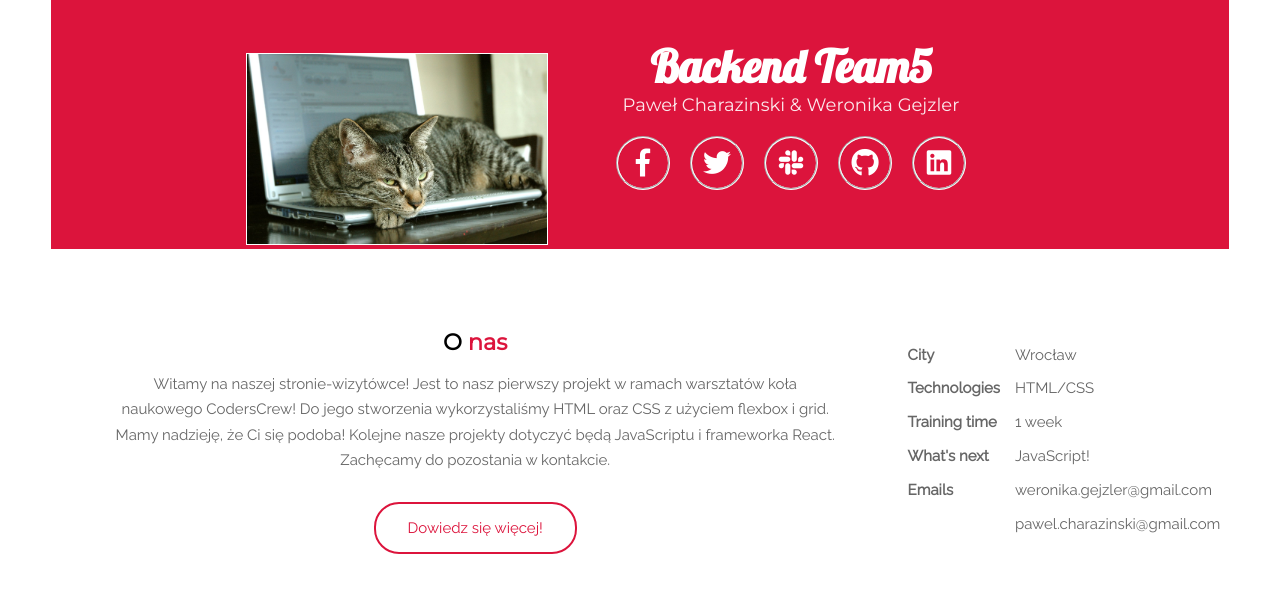
Repository: pietruszka/cc_proj1
Page: index.html
The author's editor kept a copy of each file at every save. The page is drawn from the files as they stood at one save, then again after the next save.
The browser window is 1280 px wide. The pictures show the whole page.
Some web libraries are served in a nearby version.

Above is the page before, as saved 2018-11-18 20:36:52.

### index.html
<!DOCTYPE html>
<html lang="en">

<head>
    <meta charset="UTF-8">
    <meta name="viewport" content="width=device-width, initial-scale=1.0">
    <link rel="stylesheet" href="./style.css" />
    <link href="https://fonts.googleapis.com/css?family=Lobster" rel="stylesheet">
    <link href="https://use.fontawesome.com/releases/v5.0.8/css/all.css" rel="stylesheet">
    <link href="https://fonts.googleapis.com/css?family=Montserrat" rel="stylesheet">
    <link href="https://fonts.googleapis.com/css?family=Raleway" rel="stylesheet">
    <title>BackendTeam5</title>
</head>

<body>


        <div id="top">
            <div id="photo"><img id="photo1" src="people.jpg" alt=""></div>
            <div id="heading">


               <h1 id="heading1">Backend Team5</h1>
               <h2 id="heading2">Paweł Charazinski &amp; Weronika Gejzler</h2>
               <div class="nav">

                <div class="nav-item">
                    <a href="#" class="fab fa-facebook-f"></a>
                </div>
                <div class="nav-item">
                    <a href="#" class="fab fa-twitter"></a>
                </div>

                <div class="nav-item">
                    <a href="#" class="fab fa-slack"></a>
                </div>
                <div class="nav-item">
                    <a href="#" class="fab fa-github"></a>
                </div>
                <div class="nav-item">
                    <a href="#" class="fab fa-linkedin"></a>
                </div>
            </div>


            </div>

        </div>

        <div id="bottom">
            <div id="about">
<h1 id="h_about">O <span style="color:crimson">nas</span></h1>
<p id="p_about">Witamy na naszej stronie-wizytówce! Jest to nasz pierwszy projekt w ramach warsztatów koła naukowego CodersCrew! Do jego stworzenia wykorzystaliśmy HTML oraz CSS z użyciem flexbox i grid. Mamy nadzieję, że Ci się podoba! Kolejne nasze projekty dotyczyć będą JavaScriptu i frameworka React. Zachęcamy do pozostania w kontakcie.</p>
<div id="button">Dowiedz się więcej!</div>


            </div>
            <div id="details">
<table>
    <tr>
        <td class="table"><b>City</b></td>
        <td class="table">Wrocław</td>
    </tr>
    <tr>
        <td class="table"><b>Technologies</b></td>
        <td class="table">HTML/CSS</td>
    </tr>
    <tr>
        <td class="table"><b>Training time</b></td>
        <td class="table">1 week</td>
    </tr>
    <tr>
        <td class="table"><b>What's next</b></td>
        <td class="table">JavaScript!</td>
    </tr>
    <tr>
        <td class="table"><b>Emails</b></td>
        <td class="table">weronika.gejzler@gmail.com
        </td>
    </tr>
    <tr><td class="table"></td><td class="table">pawel.charazinski@gmail.com
        </td></tr>

</table>
</div>
        </div>


</div>
</body>

</html>

### style.css
body{
    margin: 0 4vw 1vw 4vw;
    font-size: 15px;


}
#top{
   display: flex;
   flex-direction: row;
   flex-wrap: wrap;
   align-items: center;
   justify-content: center;

    background-color: crimson;
    color: white;



}
#photo{
align-self: flex-end;


}
#photo1{
width: auto;
height: auto;
   max-width: 300px;
   max-height: 200px;
   border: 1px solid white;

}

#heading{

  padding: 3vw;

}

#heading1 {

    font-size: 3em;
    font-weight: 700;
        font-family: 'Lobster', cursive;
    text-align: center;
    margin:0;
   }
   #heading2 {

    font-size: 1.2em;
    font-weight: 100;
    font-family:  Montserrat;
    text-align: center;
    margin: 0%;
    opacity: 0.9;
    }

    a {
        color: white;
        text-decoration: none;

    }
    .nav {
        display: flex;
        justify-content: center;
        margin: 20px;
        flex-wrap: wrap;

    }

    .nav-item {

        animation: show 0.5s ease-in-out forwards;

        transition: all 0.3s ease-in-out;
        border-radius: 100%;
        border: groove 2px white;

        width: 50px;
        height: 50px;
        margin: 0 10px;
        display: flex;
        align-items: center;
        justify-content: center;

    }

    .nav-item:hover {
        cursor: pointer;

        opacity: 0.8;

    }

    .nav-item a:hover {

        opacity: 0.5;

    }

    .nav-item a {
        font-size: 28px;

    }

#bottom{
    display: flex;
    flex-direction: row;
    align-items: center;



}
#about{
   margin: 5vw;

   text-align: center;
}
#h_about{
   font-family:  Montserrat;
    font-style: Bold;
    font-size: 1.5em;

        line-height: 29px;

}
#p_about{
   color: #666666;
   Font-Family: Raleway;
Font-Style: Regular;

Line-Height: 1.7em;

}
#button{
    margin: 1vw;
    border: 2px solid crimson;
    border-radius: 25px;
    background-color: white;
    color: crimson;

    padding: 15px 32px;
    text-align: center;
    text-decoration: none;
    display: inline-block;

    Font-Family: Raleway;
}

#button:hover {
    cursor: pointer;
    background-color: bisque;
    transform: scale(1.03);

}


#details{

    color: #666666;
    Font-Family: Raleway;
 Font-Style: Regular;

 Line-Height: 19px;
 text-Align: Left;
 grid-area: details;
}
.table{
    padding: 0.5vw;
}

After the next save:
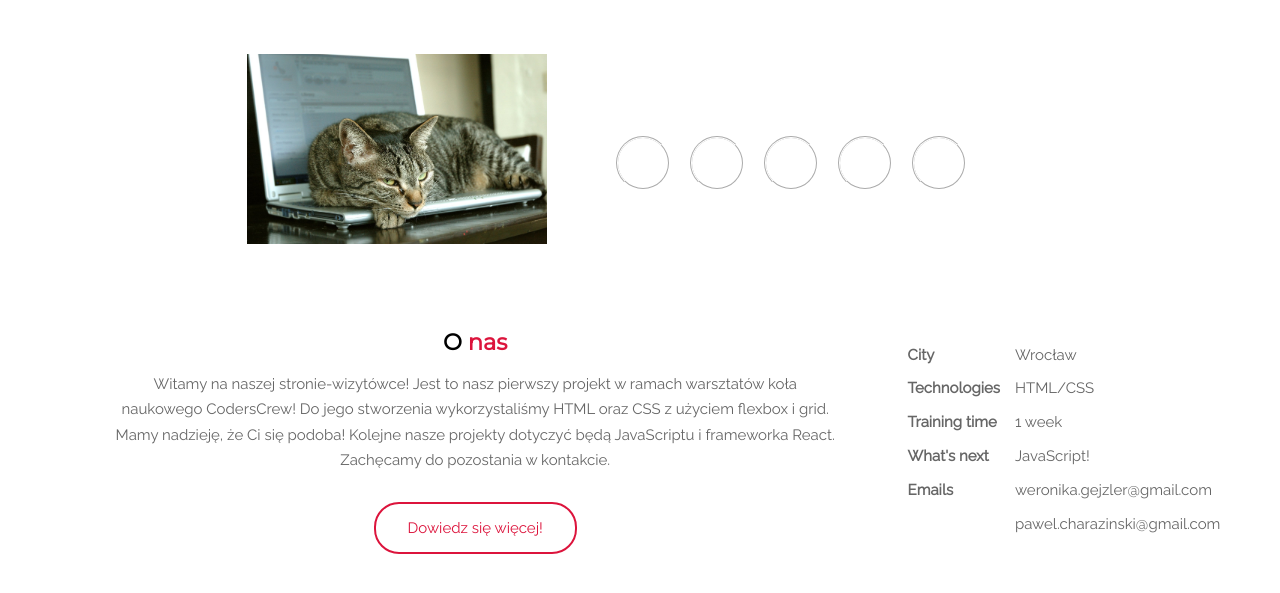
Saved 7 s later.
--- a/style.css
+++ b/style.css
@@ -10,7 +10,7 @@
    flex-wrap: wrap;
    align-items: center;
    justify-content: center;
-
+   wid
     background-color: crimson;
     color: white;
 

After the 2 saves that followed:
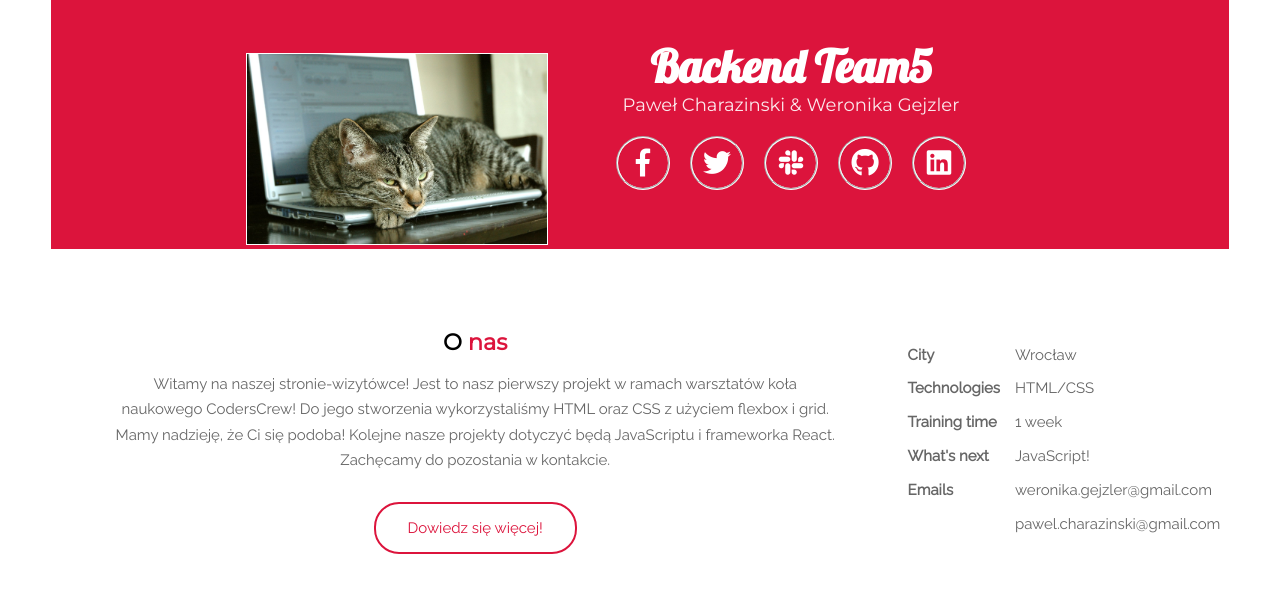
The 2 saves are shown as one change because they came seconds apart.
The last was saved 5 s later.
--- a/style.css
+++ b/style.css
@@ -10,7 +10,7 @@
    flex-wrap: wrap;
    align-items: center;
    justify-content: center;
-   wid
+   width: 100%;
     background-color: crimson;
     color: white;
 
